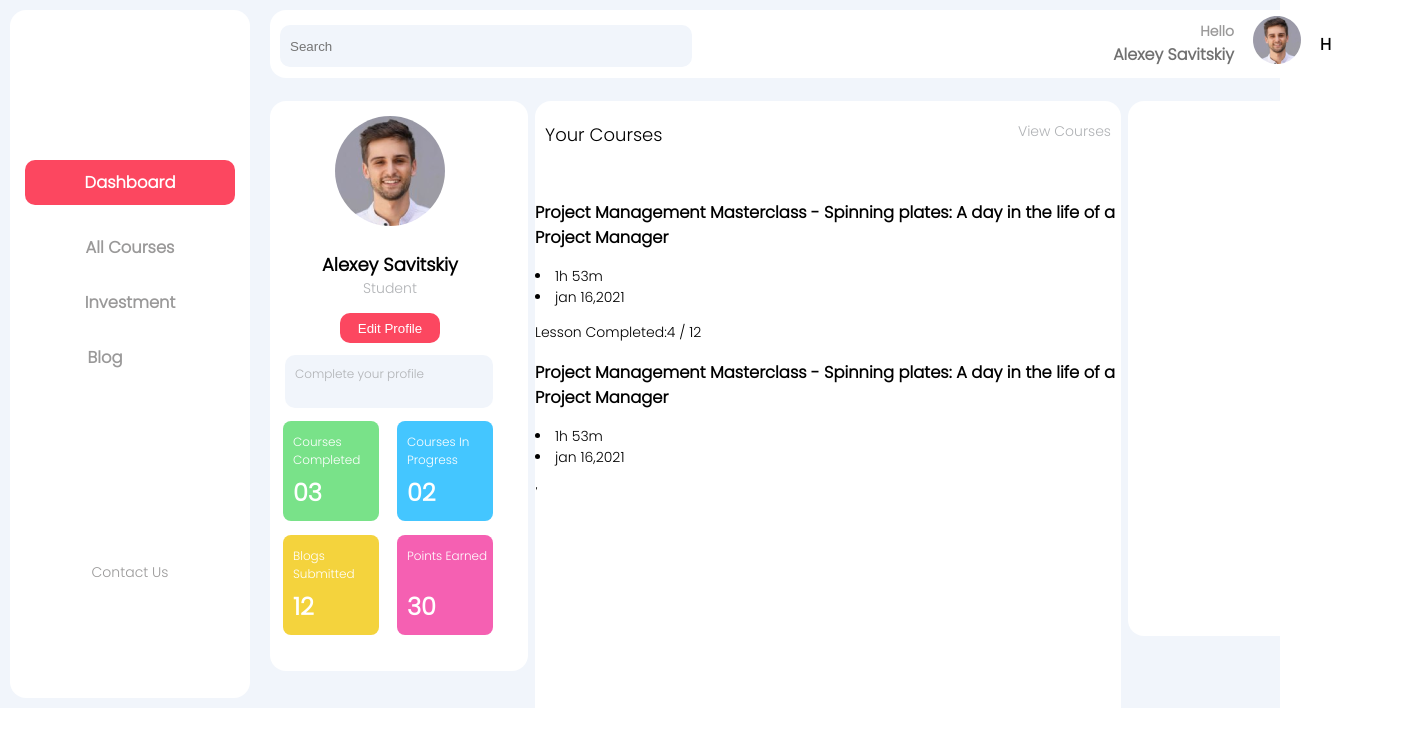
Repository: Anuruddha00/dashboard-design
Page: /
The author's editor kept a copy of each file at every save. The page is drawn from the files as they stood at one save, then again after the next save.
The browser window is 1280 px wide. The page is 1421 px wide, so the pictures cover 1421 px, including what lies to the right of the window. The pictures show the whole page.
The project was rebuilt for these pictures with package versions that can differ from the ones it lists, and the page was loaded fresh each time.

Above is the page before, as saved 2021-05-07 19:27:22.

After the next save:
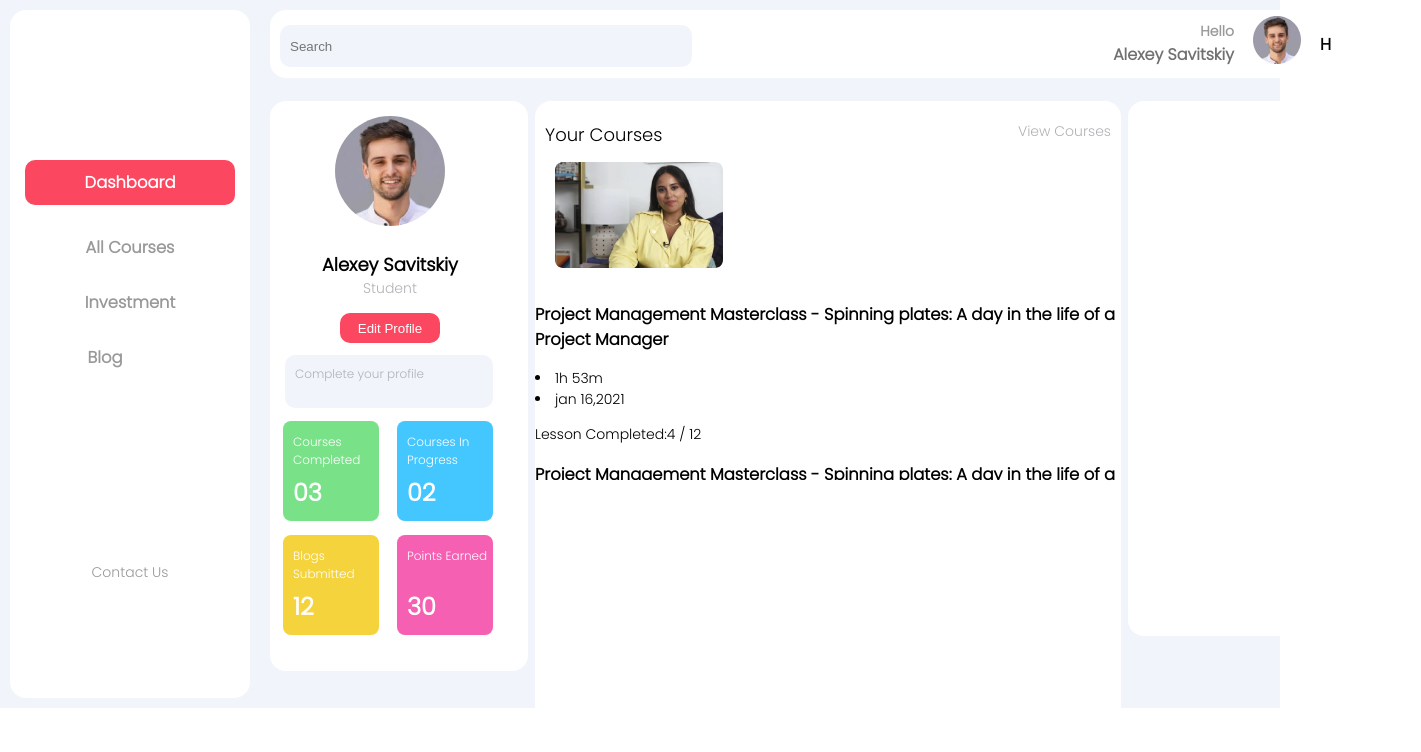
Saved 3 min 31 s later.
--- a/src/containers/Dashboard/Dashboard.js
+++ b/src/containers/Dashboard/Dashboard.js
@@ -77,7 +77,7 @@ const dashboard = () =>{
                                     <div className='courses'>
                                         <div>
                                             <div>
-                                                <img/>
+                                                <img src='./assets/Image 15.png'/>
                                             </div>
                                             <div>
                                                 <h3>Project Management Masterclass - Spinning plates: A day in the life of a Project Manager</h3>
